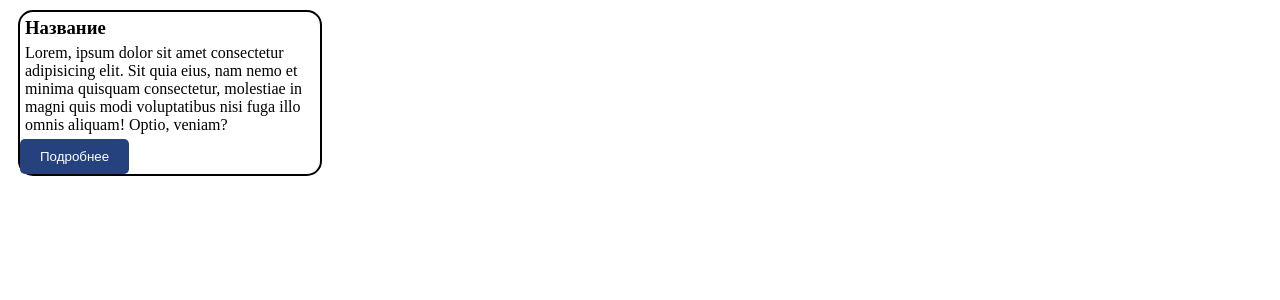
Repository: MaratLK/PLKFrontend
Page: Templates/NewsForIndex.html
The author's editor kept a copy of each file at every save. The page is drawn from the files as they stood at one save, then again after the next save.
The browser window is 1280 px wide. The pictures show the whole page.

Above is the page before, as saved 2024-08-25 06:25:41.

### Templates/NewsForIndex.html
<!DOCTYPE html>
<html lang="en">
<head>
    <meta charset="UTF-8">
    <meta name="viewport" content="width=device-width, initial-scale=1.0">
    <title>Document</title>
    <style>
        .newsblk{
            height: auto;
            width: 300px;
            margin: 10px;
            border-radius: 15px;
            border: 2px solid black;
        }
        .newsblk h3{
            margin: 5px;
        }
        .newsblk p{
            margin: 5px;
        }
        .newsblk button{
            background-color: #25427e;
    color: white;
    padding: 10px 20px;
    border: none;
    border-radius: 5px;
    cursor: pointer;
    transition: background-color 0.3s;
        }
    </style>
</head>
<body>
    <section class="news">
        <div class="newsblk">
            <h3>Название</h3>
            <p>Lorem, ipsum dolor sit amet consectetur adipisicing elit.
                Sit quia eius, nam nemo et minima quisquam consectetur,
                molestiae in magni quis modi voluptatibus nisi fuga illo omnis aliquam!
                Optio, veniam?</p>
            <button>Подробнее</button>
        </div>
    </section>
</body>
</html>

After the next save:
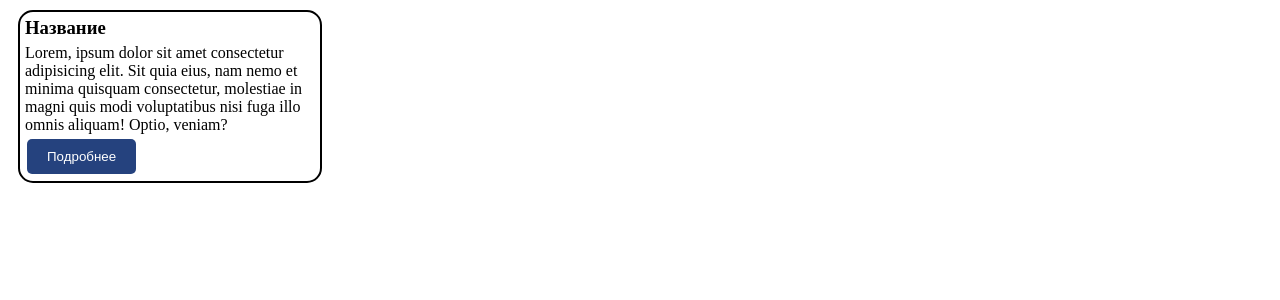
Saved 22 s later.
--- a/Templates/NewsForIndex.html
+++ b/Templates/NewsForIndex.html
@@ -26,6 +26,7 @@
     border-radius: 5px;
     cursor: pointer;
     transition: background-color 0.3s;
+            margin: 0 0 7px 7px;
         }
     </style>
 </head>
